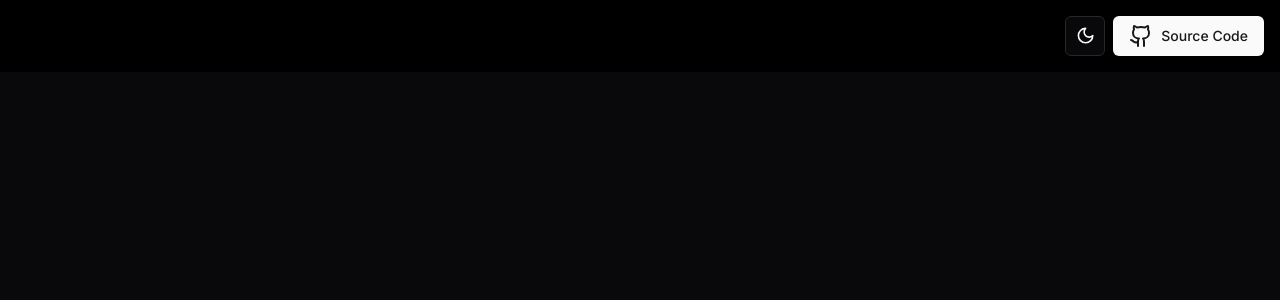
Repository: Young-Dev001/weather-app
Page: /
These files come from the project's save history. The page is drawn as it stood at one moment and after the next save; the edit follows.
The browser window is 1280 px wide. The pictures show the whole page.
The project was rebuilt for these pictures with package versions that can differ from the ones it lists, and the page was loaded fresh each time. The framework's server and built-in components were replaced by stand-ins that run in the browser. Also part of the build but not shown: next.config.mjs.

Above is the page before, as saved 2024-06-09 11:49:25.

After the next save:
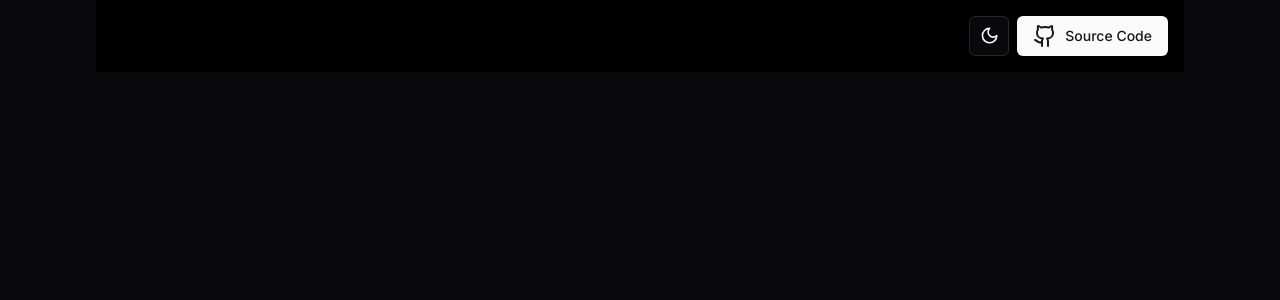
Saved 2 min 40 s later.
--- a/app/page.tsx
+++ b/app/page.tsx
@@ -3,10 +3,8 @@ import Image from "next/image";
 
 export default function Home() {
   return (
-    <main>
-      <div>
+    <main className="mx-[1rem] lg:mx-[2rem] xl:mx-[6rem] 2xl:mx-[16rem] m-auto">
         <Navbar />
-      </div>
     </main>
   );
 }
